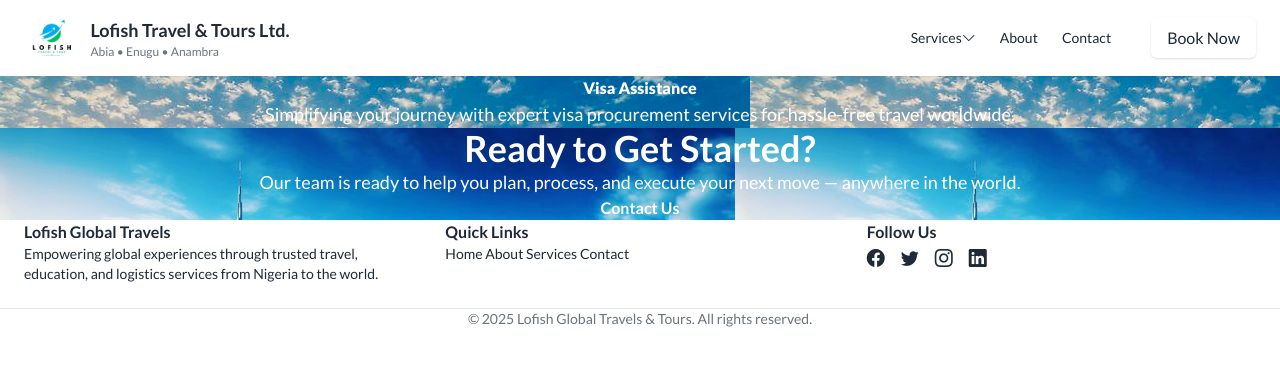
Repository: PhantomMiles/Lofish-Travels-and-Tours
Page: visa.html
These files come from the project's save history. The page is drawn as it stood at one moment and after the next save; the edit follows.
The browser window is 1280 px wide. The pictures show the whole page.

Above is the page before, as saved 2025-11-14 12:43:49.

After the next save:
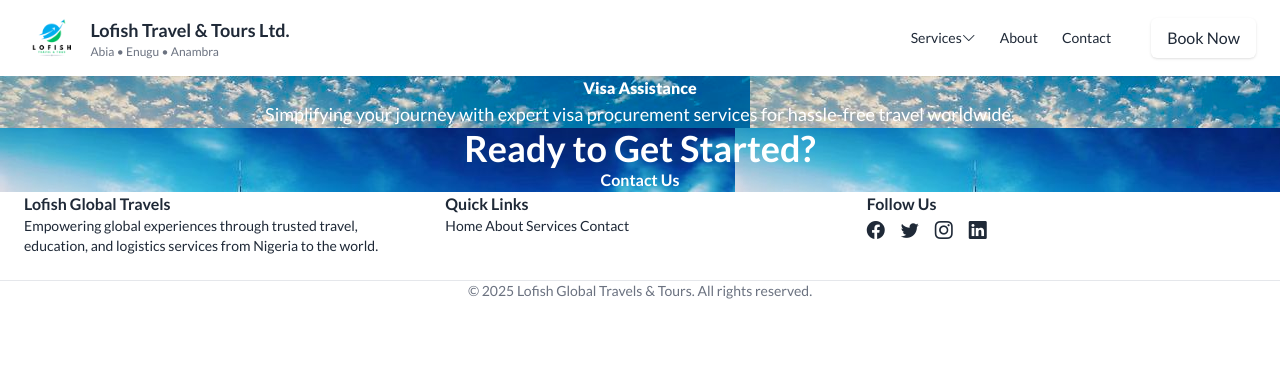
Saved 7 s later.
--- a/visa.html
+++ b/visa.html
@@ -127,9 +127,7 @@
 
     <div class="relative z-10 max-w-3xl mx-auto px-6">
       <h2 class="text-4xl font-bold mb-4">Ready to Get Started?</h2>
-      <p class="text-lg text-blue-100 mb-6">
-        Our team is ready to help you plan, process, and execute your next move — anywhere in the world.
-      </p>
+
 
       <a href="contact.html"
         class="px-8 py-3 font-semibold text-black bg-gold rounded-md hover:bg-yellow-400 transition">

After the 4 saves that followed:
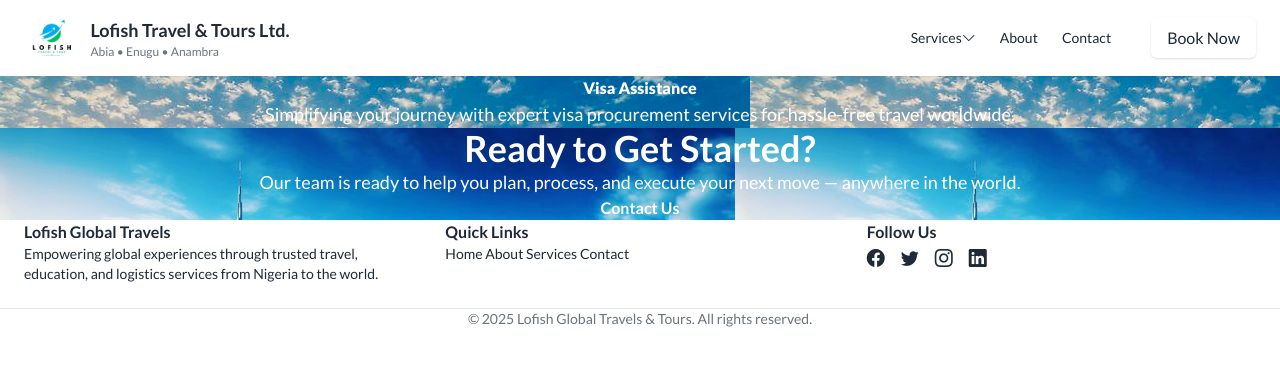
The 4 saves are shown as one change because they came seconds apart.
The last was saved 14 s later.
--- a/visa.html
+++ b/visa.html
@@ -127,7 +127,9 @@
 
     <div class="relative z-10 max-w-3xl mx-auto px-6">
       <h2 class="text-4xl font-bold mb-4">Ready to Get Started?</h2>
-
+      <p class="text-lg text-blue-100 mb-6">
+        Our team is ready to help you plan, process, and execute your next move — anywhere in the world.
+      </p>
 
       <a href="contact.html"
         class="px-8 py-3 font-semibold text-black bg-gold rounded-md hover:bg-yellow-400 transition">
